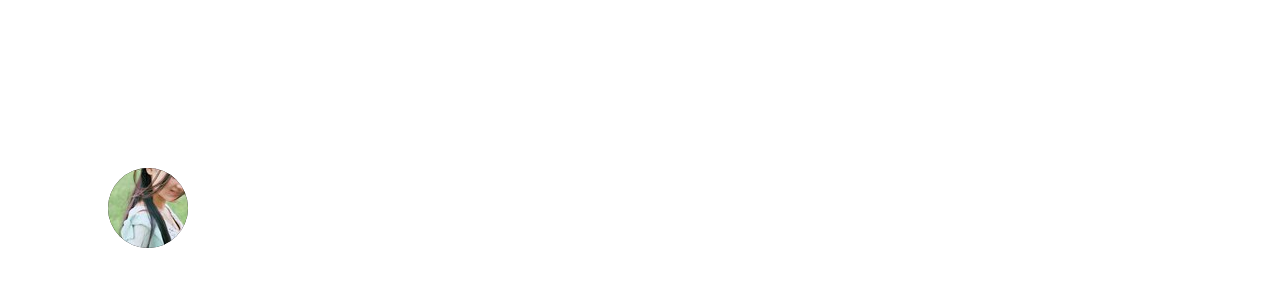
Repository: BlueLionycb/study-demo
Page: canvas-demo/src/index16.html
An editor plug-in stored every save of this project. The page is shown before and after a run of saves, followed by the edit.
The browser window is 1280 px wide. The pictures show the whole page.

Above is the page before, as saved 2020-01-26 23:28:32.

### canvas-demo/src/index16.html
<!DOCTYPE html>
<html lang="en">
    <head>
        <meta charset="UTF-8">
        <meta name="viewport" content="width=device-width, initial-scale=1.0">
        <meta http-equiv="X-UA-Compatible" content="ie=edge">
        <title>头像切圆</title>
    </head>
    <body>
        <canvas id="myCanvas" height="600" width="600">

        </canvas>

        <script>
        function draw(){
            let canvas=document.getElementById("myCanvas") //画布
            let ctx=canvas.getContext("2d"); //上下文，画笔

            let img= new Image()
            img.src = './img/touxiang.png'

            img.onload = function(){
                ctx.beginPath();
                ctx.arc(140,200,40,0,Math.PI*2)
                ctx.fill()
                ctx.clip()
                ctx.drawImage(this,70,100)
            }
        }

        draw();

    </script>
    </body>
</html>

After the next 2 saves:
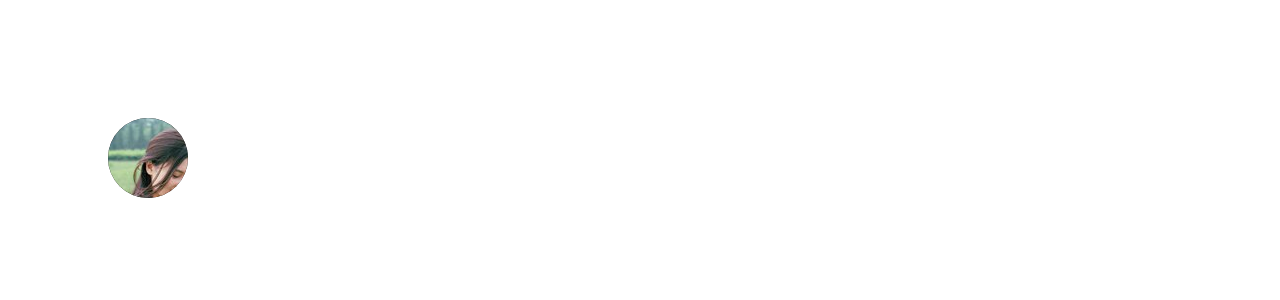
The 2 saves are shown as one change because they came seconds apart.
The last was saved 19 s later.
--- a/canvas-demo/src/index16.html
+++ b/canvas-demo/src/index16.html
@@ -21,7 +21,7 @@
 
             img.onload = function(){
                 ctx.beginPath();
-                ctx.arc(140,200,40,0,Math.PI*2)
+                ctx.arc(140,150,40,0,Math.PI*2)
                 ctx.fill()
                 ctx.clip()
                 ctx.drawImage(this,70,100)
